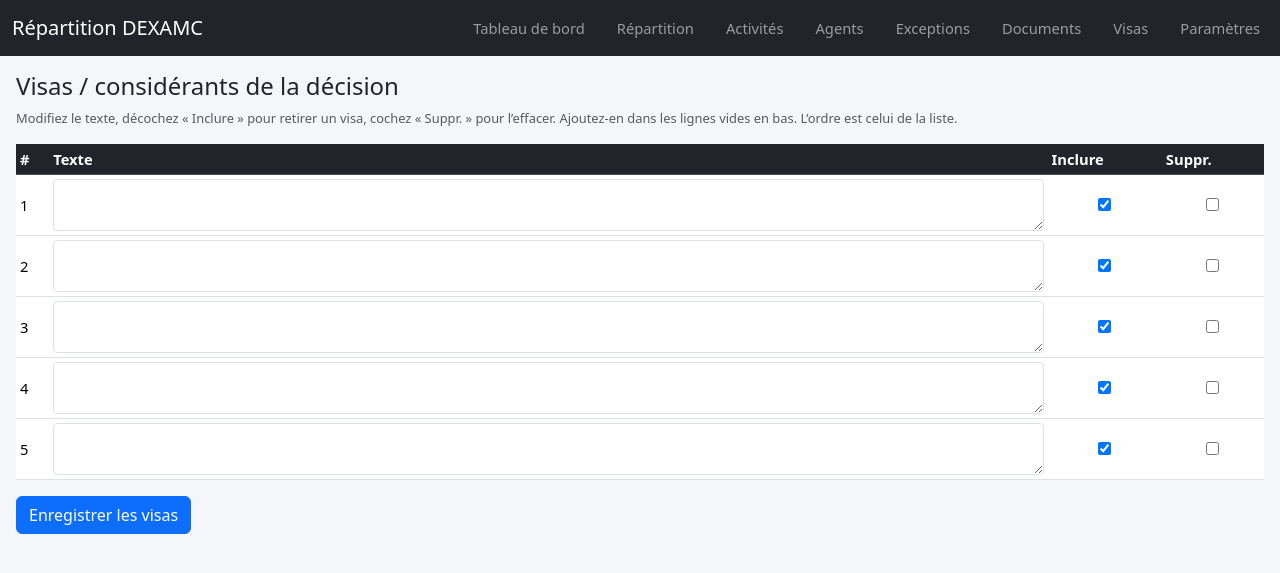
Repository: Mikandry/vacation
Page: http://localhost/visas
An editor plug-in stored every save of this project. The page is shown before and after a run of saves, followed by the edit.
The browser window is 1280 px wide. The pictures show the whole page.
The page is served by the project's Laravel application, run on PHP 8.4 with Laravel 12. Queries for data that is not in the repository find no rows.

Above is the page before, as saved 2026-10-18 12:50:24.

After the next 2 saves:
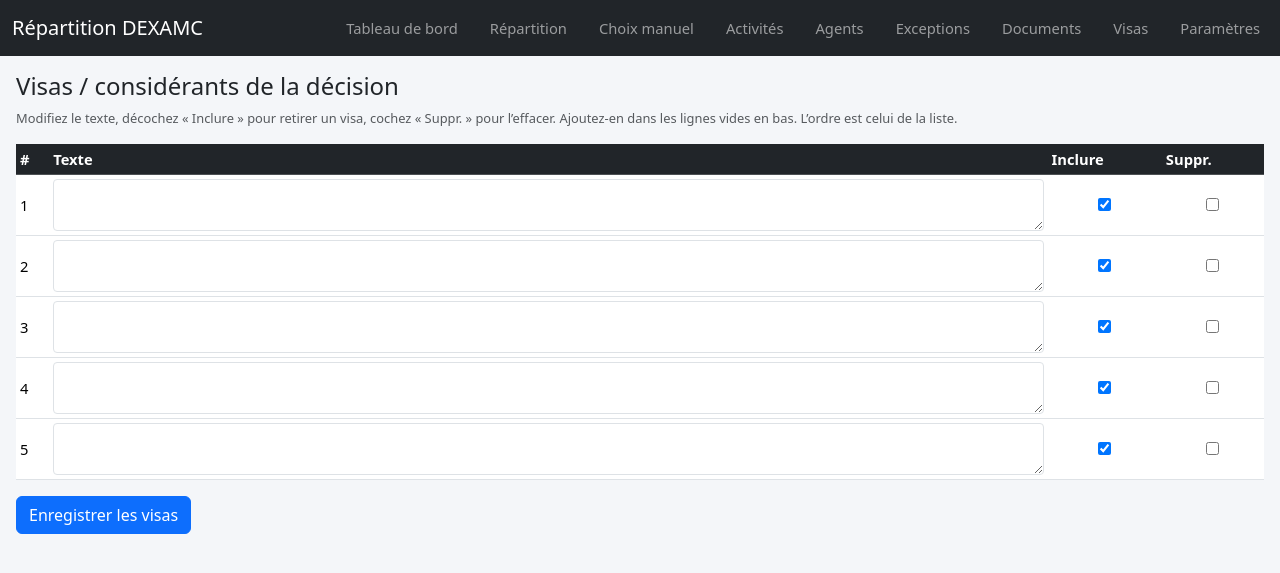
The 2 saves are shown as one change because they came seconds apart.
The last was saved 106 s later.
--- a/resources/views/layouts/app.blade.php
+++ b/resources/views/layouts/app.blade.php
@@ -20,6 +20,7 @@
   <div class="navbar-nav flex-row flex-wrap gap-3">
    <a class="nav-link" href="{{ route('dashboard') }}">Tableau de bord</a>
    <a class="nav-link" href="{{ route('distribution.index') }}">Répartition</a>
+   <a class="nav-link" href="{{ route('choix.matrix') }}">Choix manuel</a>
    <a class="nav-link" href="{{ route('activities.index') }}">Activités</a>
    <a class="nav-link" href="{{ route('agents.index') }}">Agents</a>
    <a class="nav-link" href="{{ route('exceptions.index') }}">Exceptions</a>
